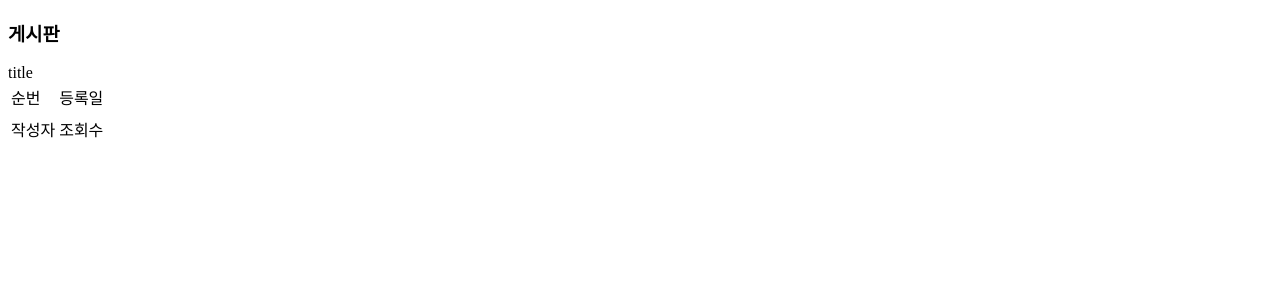
Repository: anydevil0812/board_subject
Page: http://localhost/board/post.jsp
The author's editor kept a copy of each file at every save. The page is drawn from the files as they stood at one save, then again after the next save.
The browser window is 1280 px wide. The pictures show the whole page.
The page is served by Tomcat 9.

Above is the page before, as saved 2024-10-29 07:44:04.

After the next save:
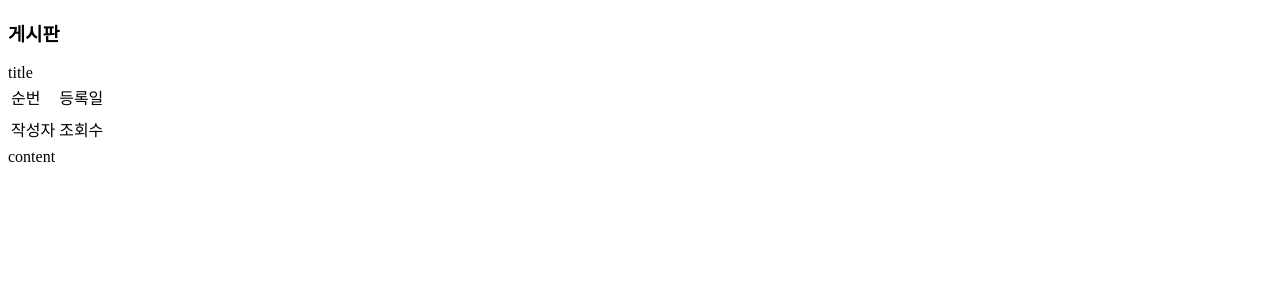
Saved 35 s later.
--- a/board/src/main/webapp/post.jsp
+++ b/board/src/main/webapp/post.jsp
@@ -28,6 +28,8 @@
 			</tr>
 		</table>
 	</div>
-
+	<div>
+		content
+	</div>
 </body>
 </html>
